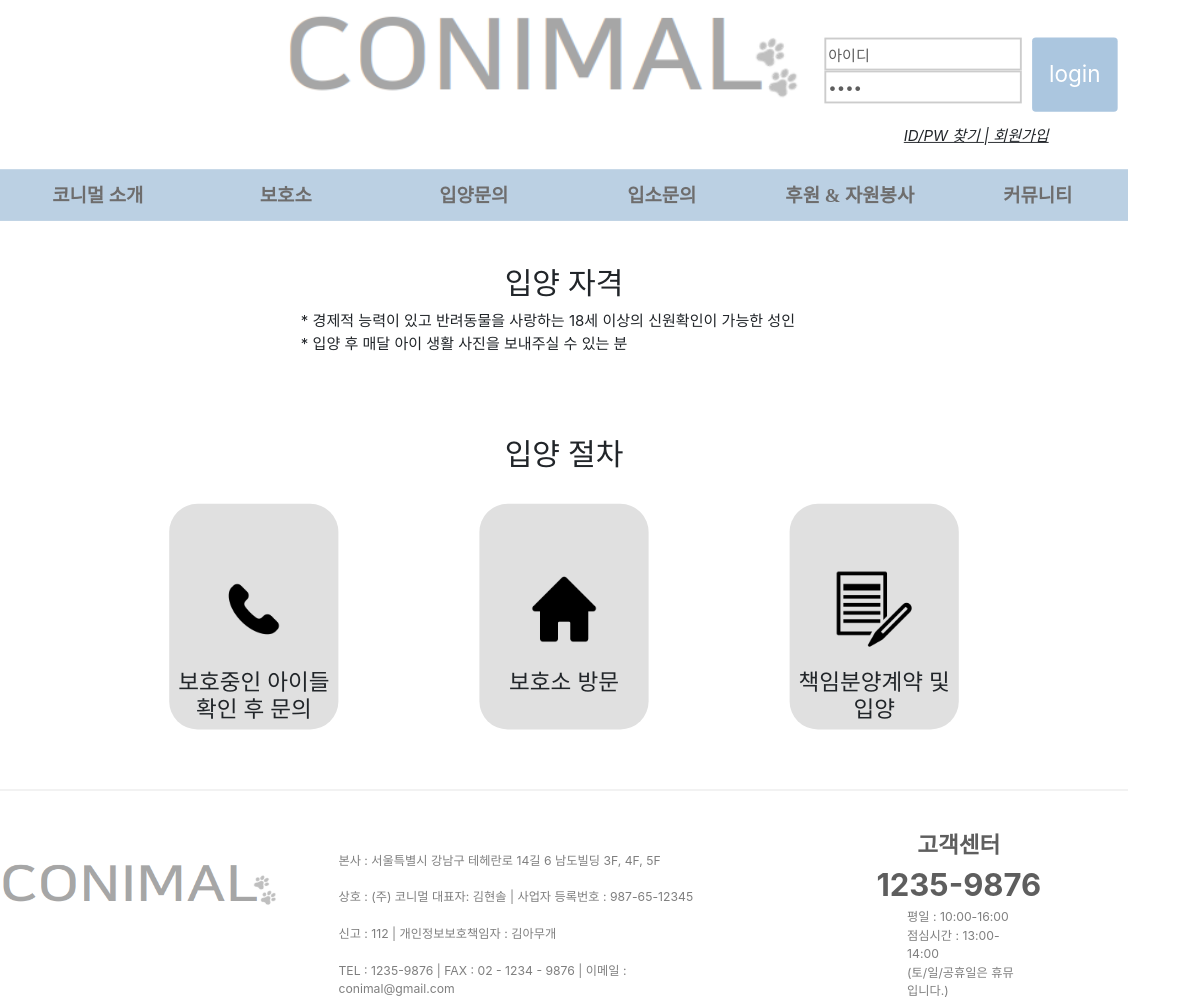
Repository: rlagusthf12/SemiProject
Page: http://localhost/conimal/views/adopt/adoptionProcessView.jsp
An editor plug-in stored every save of this project. The page is shown before and after the next save, followed by the edit.
The browser window is 1280 px wide. The pictures show the whole page, at 94% of full size.
The page is served by Tomcat 9. Nobody is signed in. The application's start-up code is not run.

Above is the page before, as saved 2021-05-26 09:03:56.

After the next save:
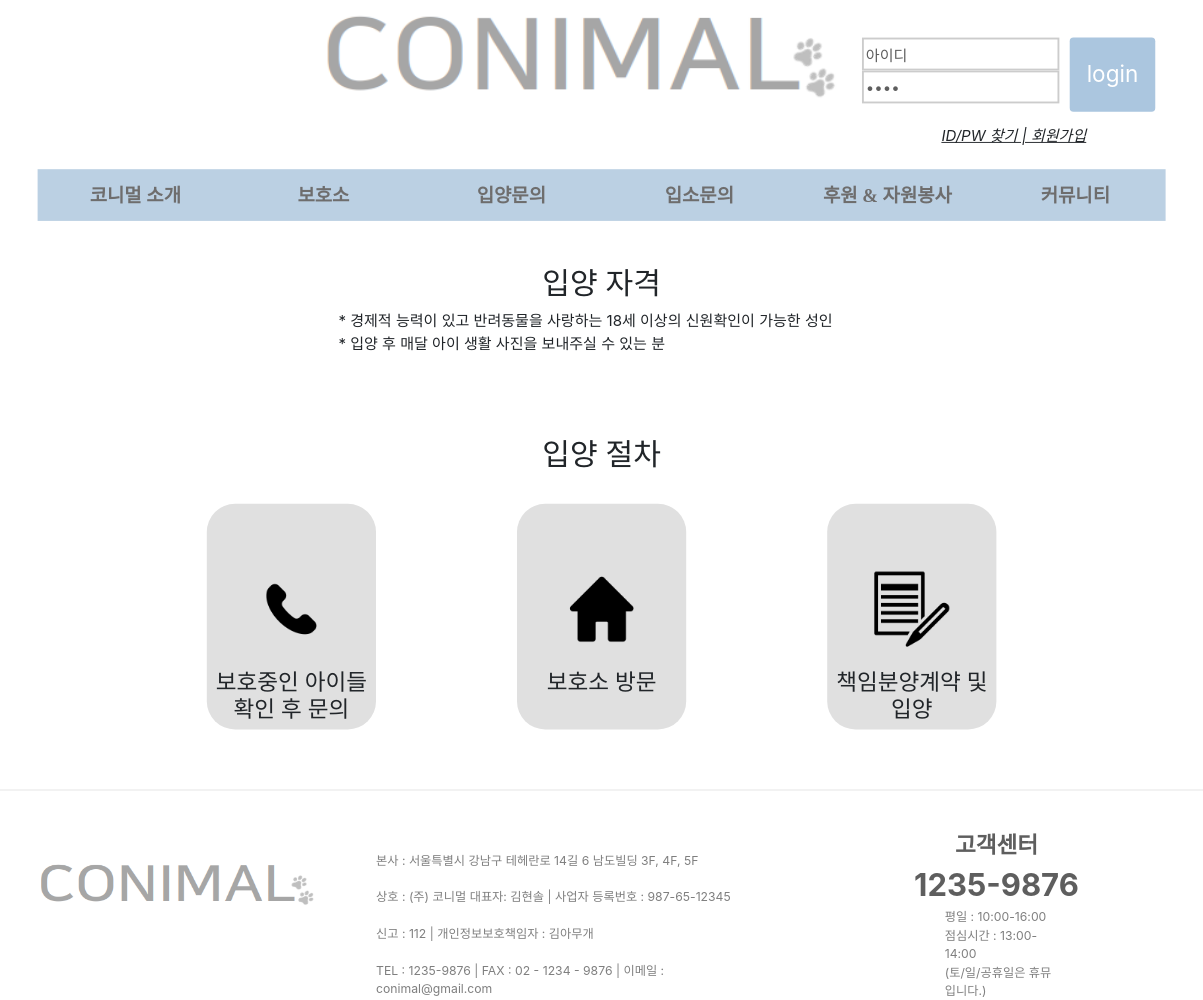
Saved 6 s later.
--- a/conimal/WebContent/views/adopt/adoptionProcessView.jsp
+++ b/conimal/WebContent/views/adopt/adoptionProcessView.jsp
@@ -6,7 +6,7 @@
 <meta charset="UTF-8">
 <title>Insert title here</title>
 <style>
-	body{
+	.content{
 		width: 1200px;
 		margin: auto;
 	}
